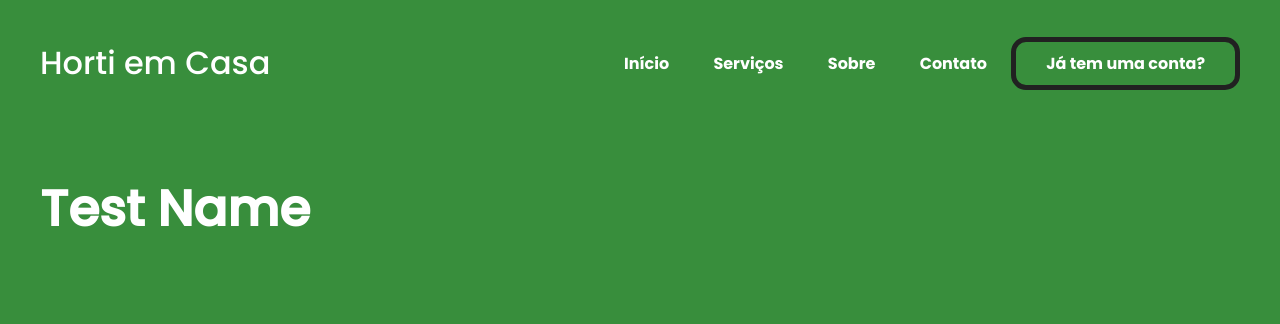
Repository: gabrielcastroo/horti-em-casa
Page: index.html
The author's editor kept a copy of each file at every save. The page is drawn from the files as they stood at one save, then again after the next save.
The browser window is 1280 px wide. The pictures show the whole page.
Empty fields were first filled with sample values (such as "Sample", 5 or name@example.com).
After loading, the first visible `#submit` was clicked once.

Above is the page before, as saved 2022-04-26 15:05:47.

After the next save:
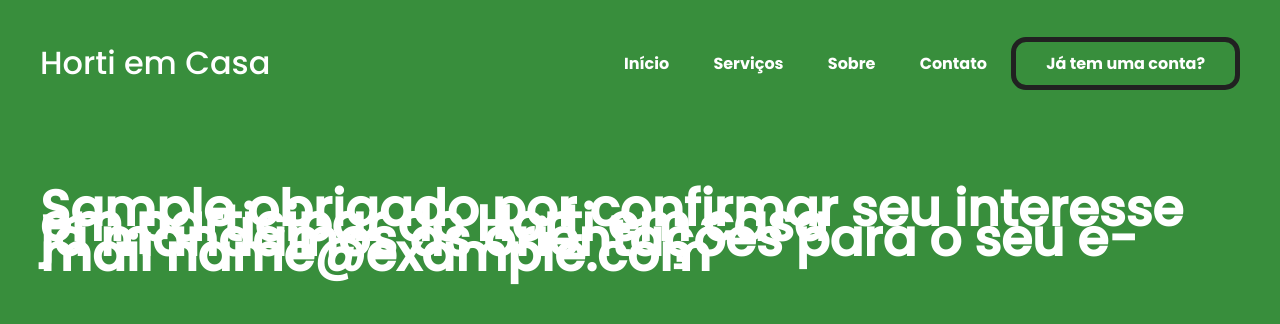
Saved 3 min 53 s later.
--- a/js/script.js
+++ b/js/script.js
@@ -8,7 +8,7 @@
     const email = document.querySelector("#email").value;
     const content = document.querySelector("main");
 
-    content.innerHTML="<h2> Test Name </h2";
+    content.innerHTML= `<h2> ${name} obrigado por confirmar seu interesse em participar do Horti em casa <br> já mandamos as orientações para o seu e-mail ${email}</h2`;
     console.log(name + " " + email)
 
 })
